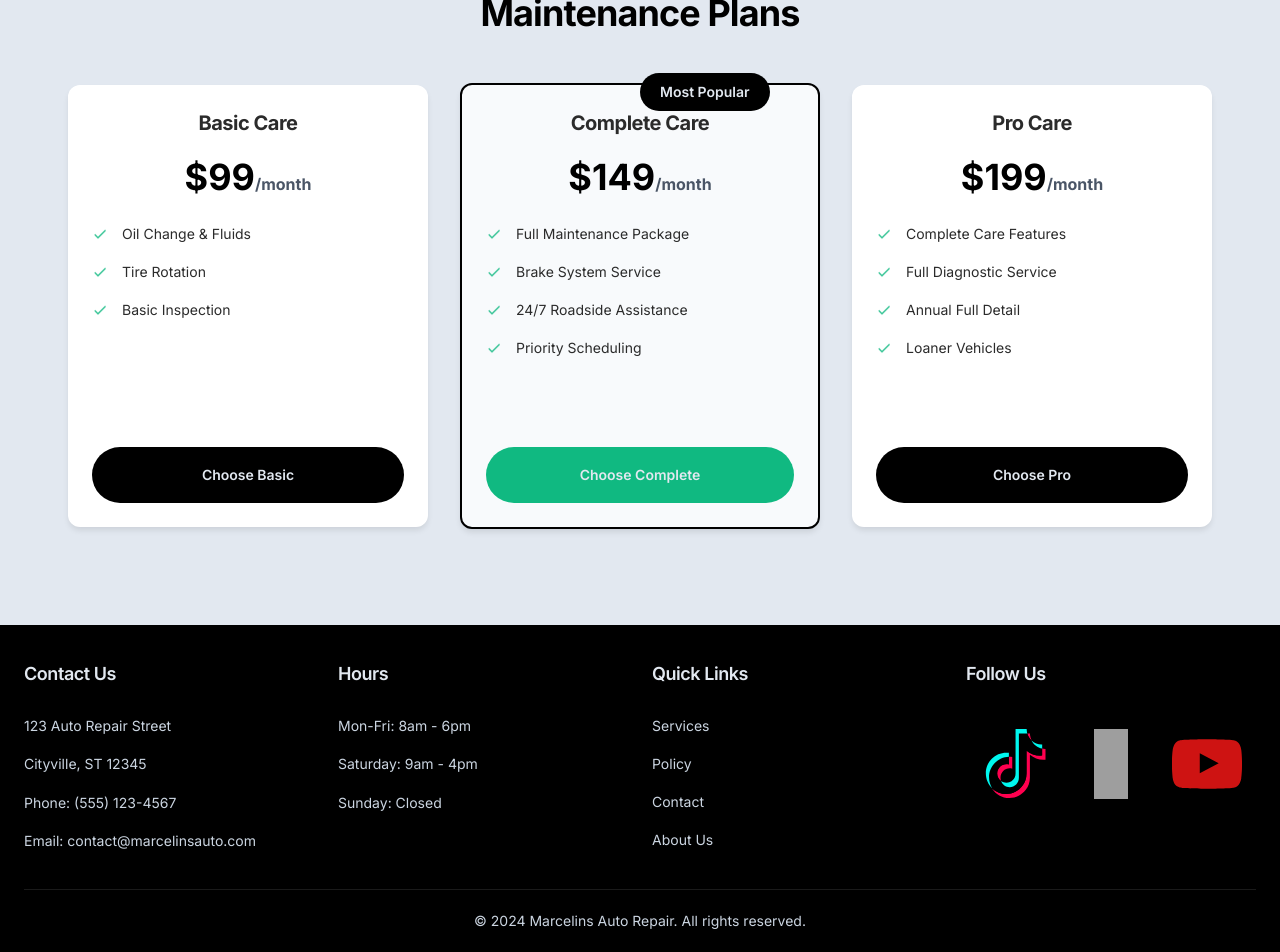
Repository: ilovegames507/twebsite-2
Page: frontend/public/index.html
These files come from the project's save history. The page is drawn as it stood at one moment and after the next save; the edit follows.
The browser window is 1280 px wide. The pictures show the part of the page from y = 969 to 1921 px (the page is 1921 px tall).
Pictures or frames that could not be fetched are drawn as grey boxes.

Above is the page before, as saved 2025-03-17 21:41:14.

After the next save:
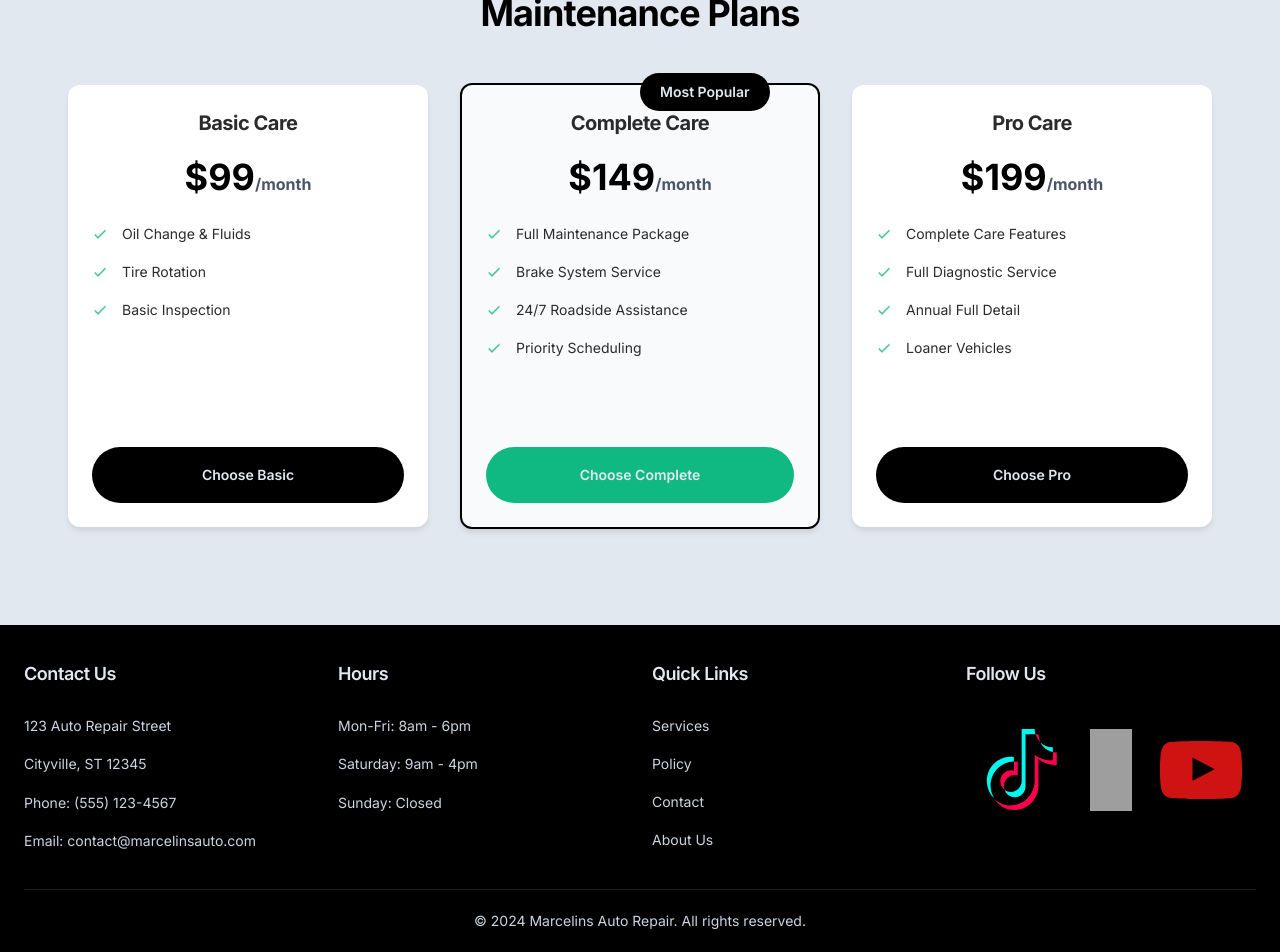
Saved 26 s later.
--- a/frontend/public/styles/components/footer.css
+++ b/frontend/public/styles/components/footer.css
@@ -66,7 +66,6 @@ main {
 
 .footer__socials {
     display: flex;
-    gap: var(--size-base);
   }
 
   .footer__social-link {
